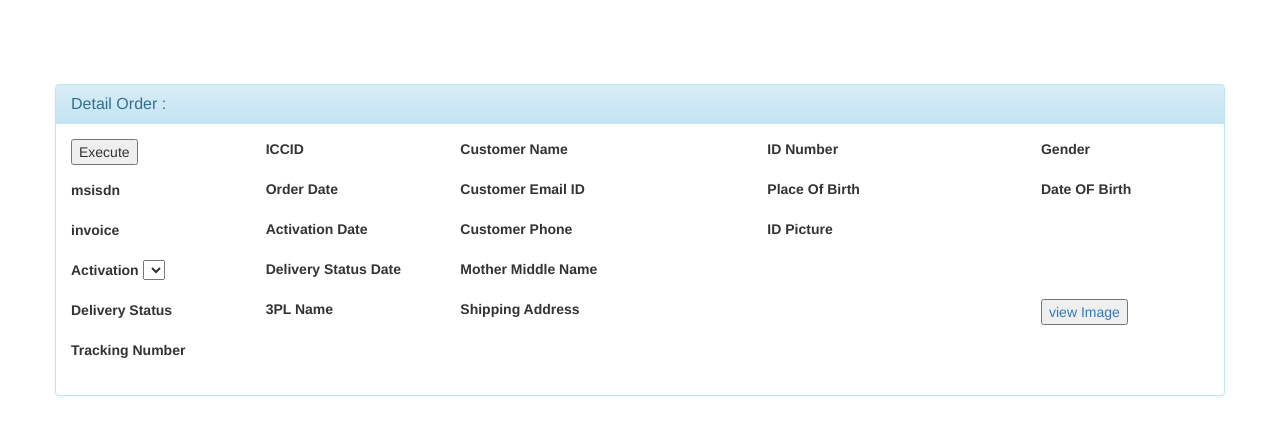
Repository: alokranjan4/MyCare
Page: http://localhost/IJoin/WEB-INF/pages/showDetails.jsp
The author's editor kept a copy of each file at every save. The page is drawn from the files as they stood at one save, then again after the next save.
The browser window is 1280 px wide. The pictures show the whole page.
The page is served by Tomcat 9. Nobody is signed in. The template is opened directly, without the code that normally fills it, so the values that code supplies are empty.

Above is the page before, as saved 2016-06-20 11:24:59.

After the next save:
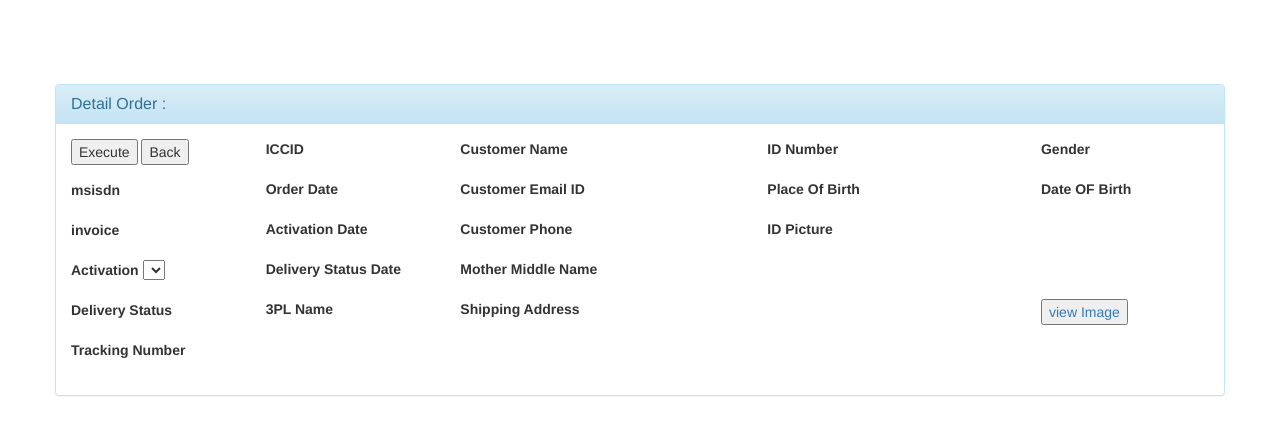
Saved 18 h 59 min later.
--- a/IJoin/WebContent/WEB-INF/pages/showDetails.jsp
+++ b/IJoin/WebContent/WEB-INF/pages/showDetails.jsp
@@ -50,6 +50,7 @@ $(document).ready(function(){
   	<form action="updateOrder" method="post">
   		 <div class="form-group">
 		  		<input type="button" id="update" value="Execute">
+		  		<input type="button" id="back" value="Back">
 		 </div>
  		 <div class="form-group">
  		 <label for="msisdn">msisdn</label>
